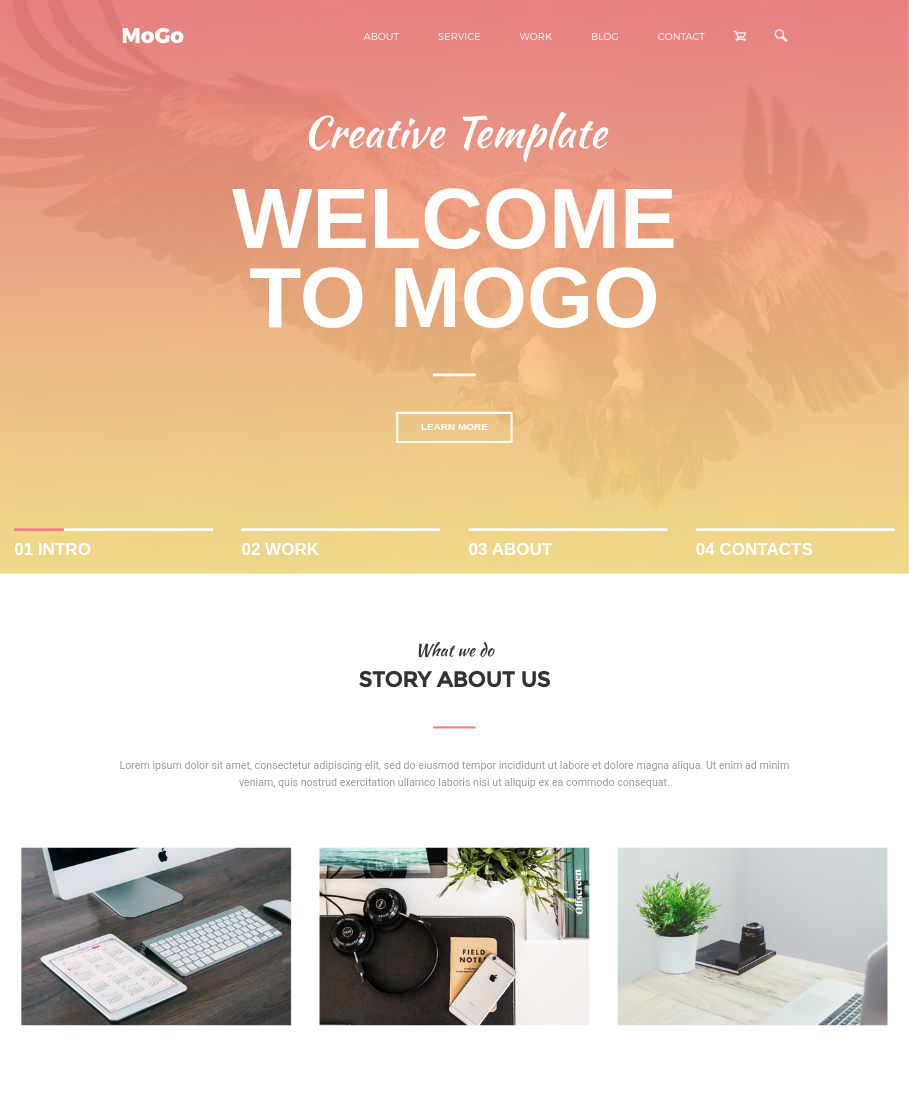
Repository: RaffiBarseghyan/mogo
Page: /
The author's editor kept a copy of each file at every save. The page is drawn from the files as they stood at one save, then again after a run of saves.
The browser window is 1280 px wide. The pictures show the whole page, at 71% of full size.
The project was rebuilt for these pictures with package versions that can differ from the ones it lists, and the page was loaded fresh each time.

Above is the page before, as saved 2023-05-11 17:46:51.

### src/App.jsx
import "./App.css";
import "bootstrap/dist/css/bootstrap.min.css";
import "bootstrap/dist/js/bootstrap.bundle";
import Header from "./Pages/Header/header";
import AboutUs from "./Pages/AboutUs/aboutUs";

function App() {
  return (
    <div className="App">
      <Header />
      <AboutUs />
    </div>
  );
}

export default App;

### src/Pages/Header/header.jsx
import style from "./header.module.scss";
import glass from "../../Assets/Images/GLASS.png";
import cart from "../../Assets/Images/CART.png";

function Header() {
  return (
    <>
      <div className={style.big_header}>
        <div className={style.header}>
          <nav className="navbar navbar-expand-lg bg-body-tertiary">
            <div className="container-fluid">
              <a className={`${style.logo} navbar-brand me-5`} href="#">
                MoGo
              </a>
              <button
                className="navbar-toggler"
                type="button"
                data-bs-toggle="collapse"
                data-bs-target="#navbarNav"
                aria-controls="navbarNav"
                aria-expanded="false"
                aria-label="Toggle navigation"
              >
                <span className="navbar-toggler-icon"></span>
              </button>
              <div
                className={`${style.menu} collapse navbar-collapse`}
                id="navbarNav"
              >
                <ul className={`navbar-nav`}>
                  <li className="nav-item">About</li>
                  <li className="nav-item">service</li>
                  <li className="nav-item">work</li>
                  <li className="nav-item">blog</li>
                  <li className="nav-item">contact</li>
                  <img src={cart} alt="" />
                  <img src={glass} alt="" />
                </ul>
              </div>
            </div>
          </nav>
        </div>

        <div className={style.header_text}>
          <h1>Creative Template</h1>
          <h2>
            Welcome <br /> to MoGo
          </h2>
          <div className={style.border_box}>
            <div className={style.border}></div>
          </div>

          <div className={style.btn_box}>
            <button className={style.btn}>Learn More</button>
          </div>

          <div className={style.big_border_box_1}>
            <div className={style.div}>
              <div className={style.b_box1}>
                <div className={style.red}></div>
                <div className={style.white}></div>
              </div>
              <p className={style.b_p}>01 intro</p>
            </div>

            <div className={style.div}>
              <div className={style.b_box1}>
                <div className={style.white_s}></div>
                <div className={style.white}></div>
              </div>
              <p className={style.b_p}>02 work</p>
            </div>

            <div className={style.div}>
              <div className={style.b_box1}>
                <div className={style.white_s}></div>
                <div className={style.white}></div>
              </div>
              <p className={style.b_p}>03 About</p>
            </div>

            <div className={style.div}>
              <div className={style.b_box1}>
                <div className={style.white_s}></div>
                <div className={style.white}></div>
              </div>
              <p className={style.b_p}>04 Contacts</p>
            </div>
          </div>
        </div>
      </div>
    </>
  );
}

export default Header;

### src/Pages/AboutUs/aboutUs.jsx
import style from "./aboutUs.module.scss";
import aboutUs1 from "../../Assets/Images/aboutUs1.png";
import aboutUs2 from "../../Assets/Images/aboutUs2.png";
import aboutUs3 from "../../Assets/Images/aboutUs3.png";
import user from "../../Assets/Images/USERS.png";

function AboutUs() {
  return (
    <>
      <div className={style.aboutUs}>
        <h3>What we do</h3>
        <h2>Story about us</h2>
        <div className={style.line}></div>
        <p>
          Lorem ipsum dolor sit amet, consectetur adipiscing elit, sed do
          eiusmod tempor incididunt ut labore et dolore magna aliqua. Ut enim ad
          minim <br />
          veniam, quis nostrud exercitation ullamco laboris nisi ut aliquip ex
          ea commodo consequat.
        </p>
        <div className="d-flex justify-content-center flex-wrap ">
          <div className={style.imgDiv}>
            <img src={user} alt="" className={style.user} />
            <p>SUPER TEAM</p>
            <img src={aboutUs1} alt="" className={style.aboutImg}/>
          </div>
          <div className={style.imgDiv}>
            <img src={user} alt="" className={style.user} />
            <p>SUPER TEAM</p>
            <img src={aboutUs2} alt="" className={style.aboutImg}/>
          </div>
          <div className={style.imgDiv}>
            <img src={user} alt="" className={style.user} />
            <p>SUPER TEAM</p>
            <img src={aboutUs3} alt="" className={style.aboutImg}/>
          </div>
        </div>
      </div>

      <div className={style.aboutUsFooter}>

      </div>
    </>
  );
}

export default AboutUs;

### src/Pages/Header/header.module.scss
@font-face {
  font-family: Montserrat;
  src: url("../../Assets/Fonts/montserrat/Montserrat-Light.otf")
    format("truetype");
}

@font-face {
  font-family: Montserrat_bold;
  src: url("../../Assets/Fonts/montserrat/Montserrat-ExtraBold.otf")
    format("truetype");
}

@font-face {
  font-family: kaushan;
  src: url("../../Assets/Fonts/kaushan-script/kaushan-script.kaushanscript-regular.otf")
    format("truetype");
}

* {
  margin: 0;
  padding: 0;
  box-sizing: border-box;
}

/* Header */

.logo {
  font-size: 30px;
  color: #ffffff !important;
  font-weight: 700;
  font-family: "Montserrat_bold";
}

.logo:hover {
  color: #ffffff !important;
}

.big_header {
  width: 100%;
  min-height: 800px;
  background-image: url("../../Assets/Images/background-image-big-box-header.png");
  background-position: center;
  background-size: cover;
  background-repeat: no-repeat;
}

.header {
  width: 100%;
  min-height: 100px;
  display: flex;
  justify-content: space-around;
  align-items: center;
}

.menu > ul {
  margin-left: 150px;
}

.menu > ul > li {
  font-size: 14px;
  font-family: "Montserrat";
  color: rgb(255, 255, 255);
  text-transform: uppercase;
  list-style: none;
  margin-left: 55px;
}

.menu > ul > li:hover {
  color: #fce38a;
  border-bottom: 2px solid #fce38a;
  cursor: pointer;
  transition: 0.3s;
}

.menu > ul > img {
  margin-left: 40px;
  cursor: pointer;
  width: 15%;
  aspect-ratio: 3/2;
  object-fit: contain;
}

/* Header_text */

.header_text {
  margin-top: 50px;
}

.header_text > h1 {
  text-align: center;
  font-family: kaushan;
  font-size: 60px;
  color: rgb(255, 255, 255);
  line-height: 1.2;
}

.header_text > h2 {
  text-align: center;
  font-family: sans-serif;
  font-size: 120px;
  color: rgb(255, 255, 255);
  font-weight: bold;
  text-transform: uppercase;
  line-height: 0.933;
  margin-top: 30px;
}

.border {
  width: 60px;
  height: 4px;
  background-color: #ffffff;
}

.border_box {
  display: flex;
  justify-content: center;
  margin: 50px 0;
}

.btn {
  border-style: solid;
  border-width: 3px;
  border-color: rgb(255, 255, 255);
  background-color: rgba(0, 0, 0, 0);
  width: 164px;
  height: 44px;
  font-size: 14px;
  font-family: sans-serif;
  color: rgb(255, 255, 255);
  font-weight: bold;
  text-transform: uppercase;
}

.btn_box {
  display: flex;
  justify-content: center;
}

.btn_box > button:hover {
  cursor: pointer;
  border-radius: 10px;
  transition: 0.5s;
}

/* Borders */

.red {
  width: 70px;
  height: 4px;
  background-color: #f38181;
}

.white_s {
  width: 70px;
  height: 4px;
  background-color: #ffffff;
}

.white {
  width: 210px;
  height: 4px;
  background-color: white;
}

.b_box1 {
  display: flex;
}

.b_p {
  margin-top: 8px;
  font-size: 24px;
  font-family: sans-serif;
  color: rgb(255, 255, 255);
  font-weight: bold;
  text-transform: uppercase;
  text-align: left;
}

.big_border_box_1 {
  margin-top: 120px;
  display: flex;
  justify-content: space-around;
  flex-wrap: wrap;
}

@media only screen and (max-width: 992.2px) {
  .menu > ul {
    display: flex;
    justify-content: center;
    align-items: center;
  }
  .menu > ul > img {
    width: 12%;
    aspect-ratio: 3/2;
    object-fit: contain;
  }
  .header_text>h2{
    font-size: 80px;
  }
}

### src/Pages/AboutUs/aboutUs.module.scss
@font-face {
  font-family: Montserrat;
  src: url("../../Assets/Fonts/montserrat/Montserrat-Light.otf")
    format("truetype");
}

@font-face {
  font-family: Montserrat_mid;
  src: url("../../Assets/Fonts/montserrat/Montserrat-Regular.ttf")
    format("truetype");
}

@font-face {
  font-family: Montserrat_bold;
  src: url("../../Assets/Fonts/montserrat/Montserrat-ExtraBold.otf")
    format("truetype");
}

@font-face {
  font-family: kaushan;
  src: url("../../Assets/Fonts/kaushan-script/kaushan-script.kaushanscript-regular.otf")
    format("truetype");
}

.aboutUs {
  min-height: 750px;
  display: flex;
  flex-direction: column;
  align-items: center;
  justify-content: center;
  h3 {
    font-size: 24px;
    color: #333333;
    font-weight: 400;
    font-family: "kaushan";
    text-align: center;
  }
  h2 {
    font-size: 30px;
    text-transform: uppercase;
    color: #333333;
    font-weight: 700;
    font-family: "Montserrat_mid";
    text-align: center;
  }
  p {
    font-size: 15px;
    line-height: 24px;
    color: #999999;
    font-weight: 400;
    font-family: "Roboto";
    text-align: center;
    margin-bottom: 60px;
  }
  .line {
    width: 60px;
    height: 3px;
    background-color: #f38181;
    margin: 40px;
  }
  img {
    width: 380px;
    height: 250px;
    aspect-ratio: 3/2;
    object-fit: cover;
  }

  .imgDiv {
    width: 380px;
    height: 250px;
    margin: 20px;
    transition: 0.5s;
    display: flex;
    flex-direction: column;
    justify-content: center;
    align-items: center;
    p {
      font-size: 18px;
      text-transform: uppercase;
      color: #ffffff;
      font-weight: 700;
      font-family: "Montserrat";
      text-align: center;
      display: none;
      position: absolute;
      margin-top: 80px;
    }
    .user {
      width: 32px;
      height: 23px;
      display: none;
      position: absolute;
      margin-bottom: 30px;
    }
  }

  .imgDiv:hover {
    transition: 0.5s;
    box-shadow: 10px 10px 0px 0px rgba(149, 225, 211, 1);
    -webkit-box-shadow: 10px 10px 0px 0px rgba(149, 225, 211, 1);
    -moz-box-shadow: 10px 10px 0px 0px rgba(149, 225, 211, 1);
    cursor: pointer;
    p,
    .user {
      display: block;
    }
    background: rgb(226, 204, 123);
    background: linear-gradient(
      0deg,
      rgba(226, 204, 123, 1) 0%,
      rgba(219, 116, 116, 1) 53%
    );

    .aboutImg {
      opacity: 0.2;
    }
  }
}

Loaded but not shown: public/index.html (common file); src/index.js (common file); src/index.css (common file); src/reportWebVitals.js (common file); src/App.css (common file)

After the next 5 saves:
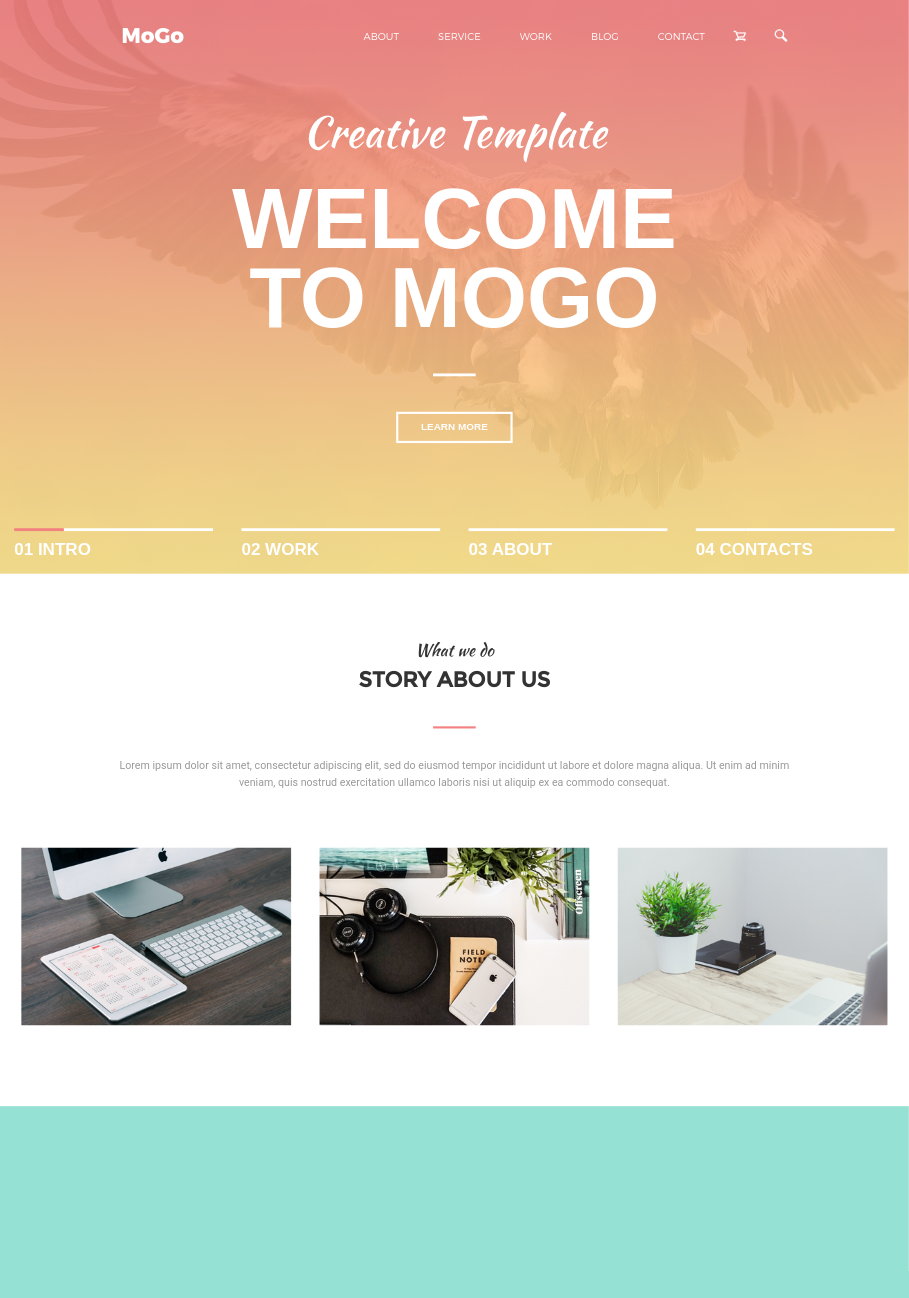
The 5 saves are shown as one change because they came seconds apart.
The last was saved 35 s later.
--- a/src/Pages/AboutUs/aboutUs.module.scss
+++ b/src/Pages/AboutUs/aboutUs.module.scss
@@ -116,3 +116,8 @@
     }
   }
 }
+
+.aboutUsFooter{
+    height: 270px;
+background-color: #95e1d3;
+}
